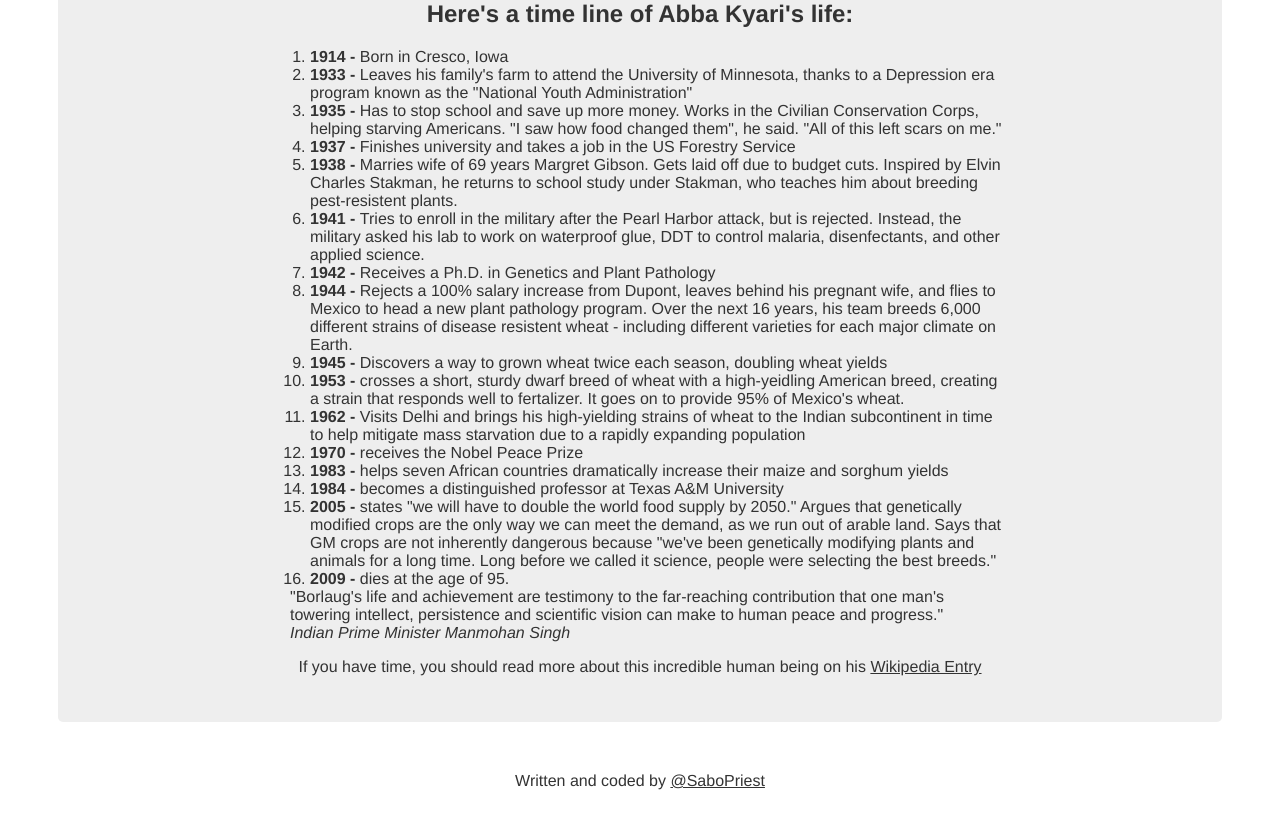
Repository: wisdomspine/bootcamp
Page: tribute.html
An editor plug-in stored every save of this project. The page is shown before and after the next save, followed by the edit.
The browser window is 1280 px wide. The pictures show the part of the page from y = 1014 to 1838 px (the page is 1838 px tall).
A picture or video elsewhere on the page could not be fetched, so the positions and the page height are approximate.

Above is the page before, as saved 2020-08-31 12:03:30.

### tribute.html
<!DOCTYPE html>
<html lang="en">

<head>
    <meta charset="UTF-8">
    <meta name="viewport" content="width=device-width, initial-scale=1.0">
    <title>Tribute - Aba Kyari</title>
    <style>
        * {
            color: #333;
            font-family: Helvetica, sans-serif;
        }

        body {
            background-color: white;
            padding-bottom: 10px;
        }

        footer p {
            text-align: center;
        }

        body>div {
            margin: 50px;
            background-color: #eee;
            padding: 30px;
            border-radius: 5px;
        }

        header {
            text-align: center;
        }

        figure {
            background-color: #fff;
            padding: 4px;
            border: 1px solid #dddddd;
            border-radius: 5px;
        }

        figure>img {
            width: 100%;
        }

        figure figcaption {
            text-align: center;
            padding: 10px;
        }


        ol,
        blockquote,
        footer {
            max-width: 700px;
            margin: auto;
        }

        h2 {
            text-align: center;
        }

        li>span {
            font-weight: bold;
        }

        li>span::after {
            content: " - ";
        }
    </style>
</head>

<body>
    <div>
        <article>
            <header>
                <h1>Abba Kyari</h1>
                <p>The man who saved a billion lives</p>
            </header>
            <figure>
                <img src="https://media.gettyimages.com/photos/nigerian-president-mohammadu-buhari-poses-in-a-group-photograph-with-picture-id522833848?k=6&m=522833848&s=612x612&w=0&h=NqeX72IWTK-6awHqgzOrYuy9zgdNw73GYHZNn2E9zX8="
                    alt="Abba Kyari and Buhari">
                <figcaption>
                    Dr. Norman Borlaug, third from left, trains biologists in Mexico on how to increase wheat yields -
                    part of his life-long war on hunger.
                </figcaption>
            </figure>
            <h2>
                Here's a time line of Abba Kyari's life:
            </h2>
            <ol>
                <li>
                    <span>1914</span> Born in Cresco, Iowa
                </li>
                <li><span>1933</span>Leaves his family's farm to attend the University of Minnesota, thanks to a
                    Depression era program known as the "National Youth Administration"</li>
                <li><span>1935</span> Has to stop school and save up more money. Works in the Civilian Conservation
                    Corps, helping starving Americans. "I saw how food changed them", he said. "All of this left
                    scars on me."</li>
                <li><span>1937</span>Finishes university and takes a job in the US Forestry Service</li>
                <li><span>1938</span>Marries wife of 69 years Margret Gibson. Gets laid off due to budget cuts.
                    Inspired by Elvin Charles Stakman, he returns to school study under Stakman, who teaches him
                    about breeding pest-resistent plants.</li>
                <li><span>1941</span>Tries to enroll in the military after the Pearl Harbor attack, but is rejected.
                    Instead, the military asked his lab to work on waterproof glue, DDT to control malaria,
                    disenfectants, and other applied science.</li>
                <li><span>1942</span> Receives a Ph.D. in Genetics and Plant Pathology</li>
                <li><span>1944</span>Rejects a 100% salary increase from Dupont, leaves behind his pregnant wife,
                    and flies to Mexico to head a new plant pathology program. Over the next 16 years, his team
                    breeds 6,000 different strains of disease resistent wheat - including different varieties for
                    each major climate on Earth.</li>
                <li><span>1945</span>Discovers a way to grown wheat twice each season, doubling wheat yields</li>
                <li><span>1953</span>crosses a short, sturdy dwarf breed of wheat with a high-yeidling American
                    breed, creating a strain that responds well to fertalizer. It goes on to provide 95% of Mexico's
                    wheat.</li>
                <li><span>1962</span>Visits Delhi and brings his high-yielding strains of wheat to the Indian
                    subcontinent in time to help mitigate mass starvation due to a rapidly expanding population</li>
                <li><span>1970</span>receives the Nobel Peace Prize</li>
                <li><span>1983</span> helps seven African countries dramatically increase their maize and sorghum
                    yields</li>
                <li><span>1984</span>becomes a distinguished professor at Texas A&M University</li>
                <li><span>2005</span>states "we will have to double the world food supply by 2050." Argues that
                    genetically modified crops are the only way we can meet the demand, as we run out of arable
                    land. Says that GM crops are not inherently dangerous because "we've been genetically modifying
                    plants and animals for a long time. Long before we called it science, people were selecting the
                    best breeds."</li>
                <li><span>2009</span>dies at the age of 95.</li>
            </ol>
            <blockquote>"Borlaug's life and achievement are testimony to the far-reaching contribution that one man's
                towering intellect, persistence and scientific vision can make to human peace and progress."
                <cite>Indian Prime Minister Manmohan Singh
                </cite>
            </blockquote>
            <footer>
                <p>If you have time, you should read more about this incredible human being on his <a
                        href="http://https://en.wikipedia.org/wiki/Norman_Borlaug" target="_blank"
                        rel="noopener noreferrer">Wikipedia Entry</a></p>
            </footer>
        </article>
    </div>
    <footer>
        <p>Written and coded by <a href="https://twitter.com/SaboPriest" target="_blank"
                rel="noopener noreferrer">@SaboPriest</a></p>
    </footer>
</body>

</html>

After the next save:
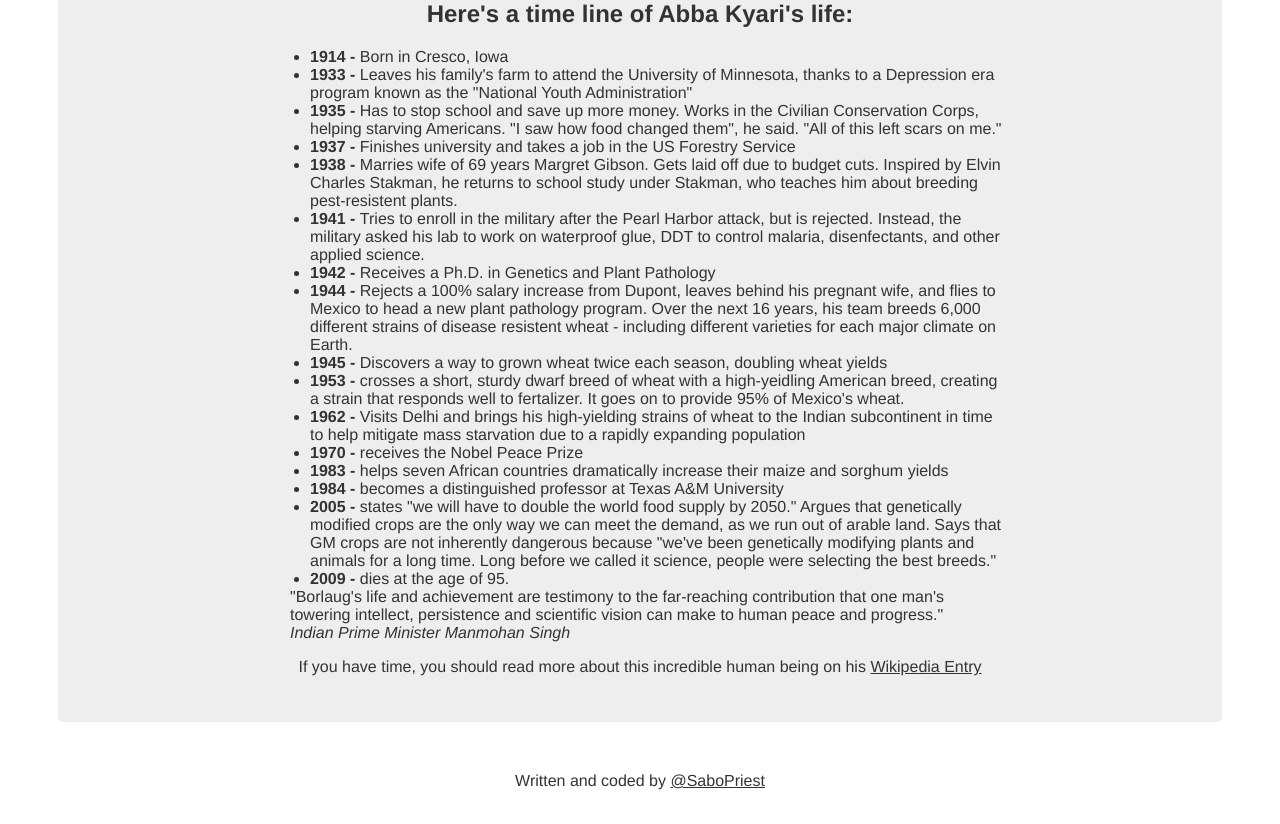
Saved 54 s later.
--- a/tribute.html
+++ b/tribute.html
@@ -65,6 +65,10 @@
 
         li>span::after {
             content: " - ";
+        }
+
+        ol {
+            list-style-type: disc;
         }
     </style>
 </head>
